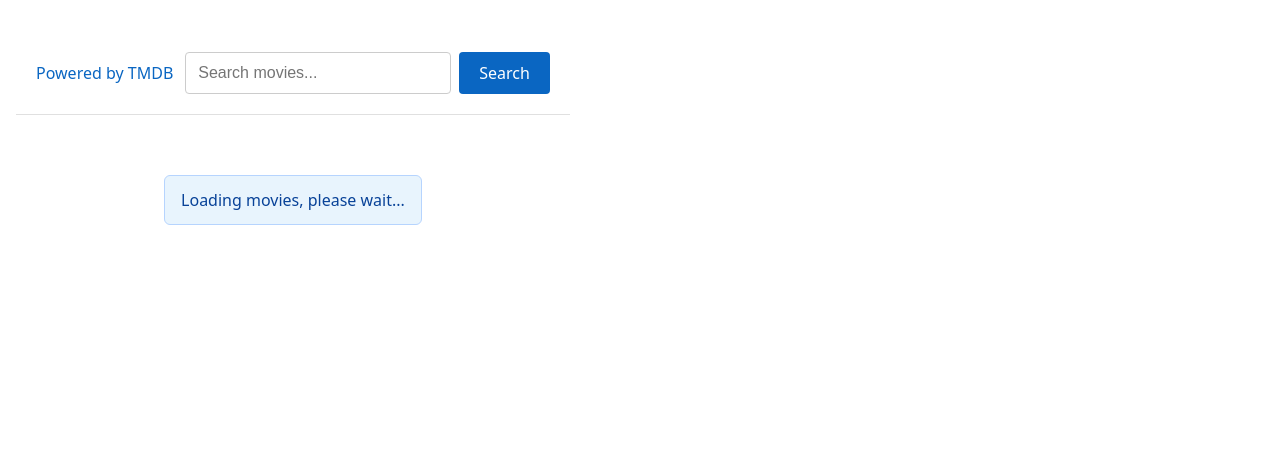
Repository: SvitSh/03-react-movies
Page: /
These files come from the project's save history. The page is drawn as it stood at one moment and after the next save; the edit follows.
The browser window is 1280 px wide. The pictures show the whole page.
The page's requests for data from a server got no answer. The project was rebuilt for these pictures with package versions that can differ from the ones it lists, and the page was loaded fresh each time. No one was signed in, and anything a server would have sent is missing. Also part of the build but not shown: vite.config.ts, src/components/MovieGrid/MovieGrid.module.css, src/components/MovieGrid/MovieGrid.tsx, src/components/MovieModal/MovieModal.module.css, src/components/MovieModal/MovieModal.tsx, src/components/ErrorMessage/ErrorMessage.module.css, src/components/ErrorMessage/ErrorMessage.tsx.

Above is the page before, as saved 2025-07-25 11:41:23.

### src/main.tsx
// src/main.tsx
import React from "react";
import ReactDOM from "react-dom/client";
import { QueryClient, QueryClientProvider } from "@tanstack/react-query";
import App from "./components/App/App";
import "./index.css";

const queryClient = new QueryClient();

ReactDOM.createRoot(document.getElementById("root")!).render(
  <React.StrictMode>
    <QueryClientProvider client={queryClient}>
      <App />
    </QueryClientProvider>
  </React.StrictMode>
);

### src/components/App/App.tsx
// src/components/App/App.tsx

import { useEffect, useState } from "react";
import { useQuery } from "@tanstack/react-query";
import ReactPaginate from "react-paginate";
import toast, { Toaster } from "react-hot-toast";

import { fetchMovies, fetchSearchMovies } from "../../services/movieService";
import type { Movie, MovieResponse } from "../../types/movie";

import SearchBar from "../SearchBar/SearchBar";
import MovieGrid from "../MovieGrid/MovieGrid";
import MovieModal from "../MovieModal/MovieModal";
import Loader from "../Loader/Loader";
import ErrorMessage from "../ErrorMessage/ErrorMessage";

import styles from "./App.module.css";

const App = () => {
  const [searchQuery, setSearchQuery] = useState("");
  const [page, setPage] = useState(1);
  const [selectedMovie, setSelectedMovie] = useState<Movie | null>(null);

  const { data, isLoading, isError } = useQuery<MovieResponse, Error>({
    queryKey: ["movies", searchQuery, page],
    queryFn: () =>
      searchQuery.trim()
        ? fetchSearchMovies(searchQuery, page)
        : fetchMovies(page),
    placeholderData: undefined,
    refetchOnWindowFocus: false,
  });

  useEffect(() => {
    if (data && data.results.length === 0) {
      toast.error("No movies found for your request.");
    }
  }, [data]);

  const handleSearch = (query: string) => {
    setSearchQuery(query);
    setPage(1);
  };

  const handlePageChange = ({ selected }: { selected: number }) => {
    setPage(selected + 1);
  };

  return (
    <div className={styles.app}>
      <Toaster position="top-center" reverseOrder={false} />
      <SearchBar onSubmit={handleSearch} />

      {isLoading && <Loader />}
      {isError && (
        <ErrorMessage>There was an error, please try again...</ErrorMessage>
      )}

      {data?.results && data.results.length > 0 && (
        <>
          <MovieGrid movies={data.results} onSelect={setSelectedMovie} />

          {data.total_pages > 1 && (
            <ReactPaginate
              pageCount={Math.min(data.total_pages, 500)}
              pageRangeDisplayed={5}
              marginPagesDisplayed={1}
              onPageChange={handlePageChange}
              forcePage={page - 1}
              containerClassName={styles.pagination}
              activeClassName={styles.active}
              nextLabel="→"
              previousLabel="←"
            />
          )}
        </>
      )}

      {selectedMovie && (
        <MovieModal
          movie={selectedMovie}
          onClose={() => setSelectedMovie(null)}
        />
      )}
    </div>
  );
};

export default App;

### src/services/movieService.ts
// src/services/movieService.ts
import axios from "axios";
import type { MovieResponse } from "../types/movie";

const BASE_URL = "https://api.themoviedb.org/3";
const HEADERS = {
  Authorization: `Bearer ${import.meta.env.VITE_TMDB_ACCESS_TOKEN}`,
};

export const fetchMovies = async (page: number): Promise<MovieResponse> => {
  const response = await axios.get<MovieResponse>(`${BASE_URL}/movie/popular`, {
    headers: HEADERS,
    params: { page },
  });
  return response.data;
};

export const fetchSearchMovies = async (
  query: string,
  page: number
): Promise<MovieResponse> => {
  const response = await axios.get<MovieResponse>(`${BASE_URL}/search/movie`, {
    headers: HEADERS,
    params: { query, page },
  });
  return response.data;
};

### src/components/SearchBar/SearchBar.tsx
// src/components/SearchBar/SearchBar.tsx

import React from "react";
import toast from "react-hot-toast";
import styles from "./SearchBar.module.css";

export interface SearchBarProps {
  onSubmit: (query: string) => void;
}

const SearchBar: React.FC<SearchBarProps> = ({ onSubmit }) => {
  const action = (formData: FormData) => {
    const query = String(formData.get("query") ?? "").trim();

    if (!query) {
      toast.error("Please enter your search query.");
      return;
    }

    onSubmit(query);
  };

  return (
    <header className={styles.header}>
      <div className={styles.container}>
        <a
          className={styles.link}
          href="https://www.themoviedb.org/"
          target="_blank"
          rel="noopener noreferrer"
        >
          Powered by TMDB
        </a>

        {/* <-- Саме ТАК: action={action} */}
        <form className={styles.form} action={action}>
          <input
            className={styles.input}
            type="text"
            name="query"
            autoComplete="off"
            placeholder="Search movies..."
          />
          <button className={styles.button} type="submit">
            Search
          </button>
        </form>
      </div>
    </header>
  );
};

export default SearchBar;

### src/components/Loader/Loader.tsx
import React from "react";
import styles from "./Loader.module.css";

const Loader: React.FC = () => (
  <p className={styles.text}>Loading movies, please wait...</p>
);

export default Loader;

### src/components/App/App.module.css
.app {
  min-height: 100vh;
  display: flex;
  flex-direction: column;
  align-items: center;
  padding: 2rem 16px;
  box-sizing: border-box;
}

### src/components/SearchBar/SearchBar.module.css
.header {
  padding: 20px;
  background-color: #ffffff;
  border-bottom: 1px solid #e0e0e0;
  margin-bottom: 20px;
}

.container {
  max-width: 1440px;
  margin: 0 auto;
  display: flex;
  justify-content: space-between;
  align-items: center;
  flex-wrap: wrap;
  gap: 12px;
}

.link {
  font-size: 16px;
  font-weight: 500;
  color: #0a66c2;
  text-decoration: none;
  transition: color 0.2s ease;
}

.link:hover {
  color: #004182;
  text-decoration: underline;
}

.form {
  display: flex;
  gap: 8px;
  flex-wrap: nowrap;
}

.input {
  padding: 10px 12px;
  font-size: 16px;
  border: 1px solid #ccc;
  border-radius: 4px;
  width: 240px;
}

.button {
  padding: 10px 20px;
  font-size: 16px;
  background-color: #0a66c2;
  color: white;
  border: none;
  border-radius: 4px;
  cursor: pointer;
}

.button:hover {
  background-color: #004182;
}

Loaded but not shown: index.html (common file); src/index.css (common file); src/components/Loader/Loader.module.css (common file)

After the next save:
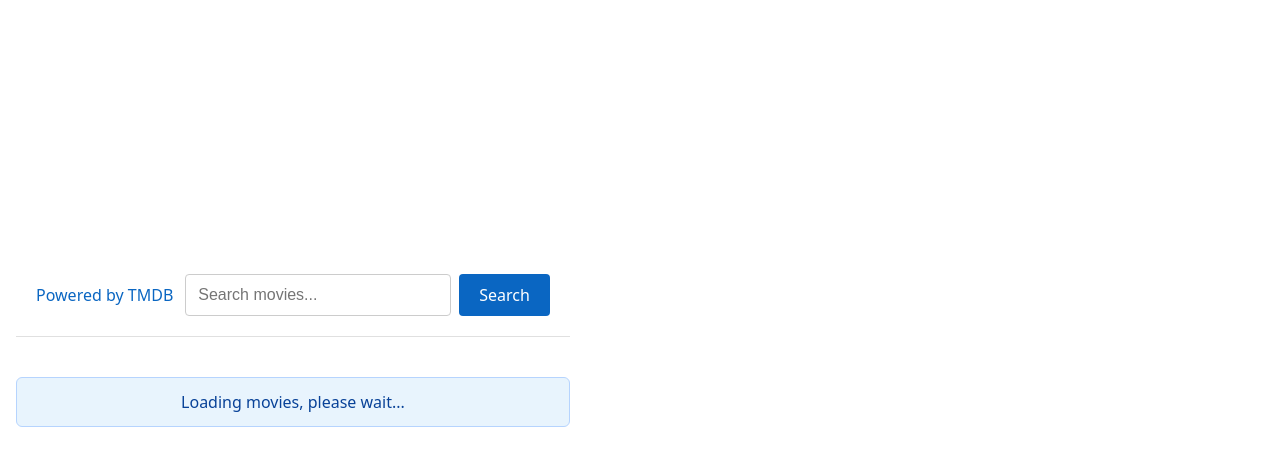
Saved 2 min 22 s later.
--- a/src/components/App/App.module.css
+++ b/src/components/App/App.module.css
@@ -1,8 +1,10 @@
 .app {
-  min-height: 100vh;
+  padding: 16px;
+}
+
+.header {
   display: flex;
-  flex-direction: column;
+  justify-content: space-between;
   align-items: center;
-  padding: 2rem 16px;
-  box-sizing: border-box;
+  margin-bottom: 16px;
 }
